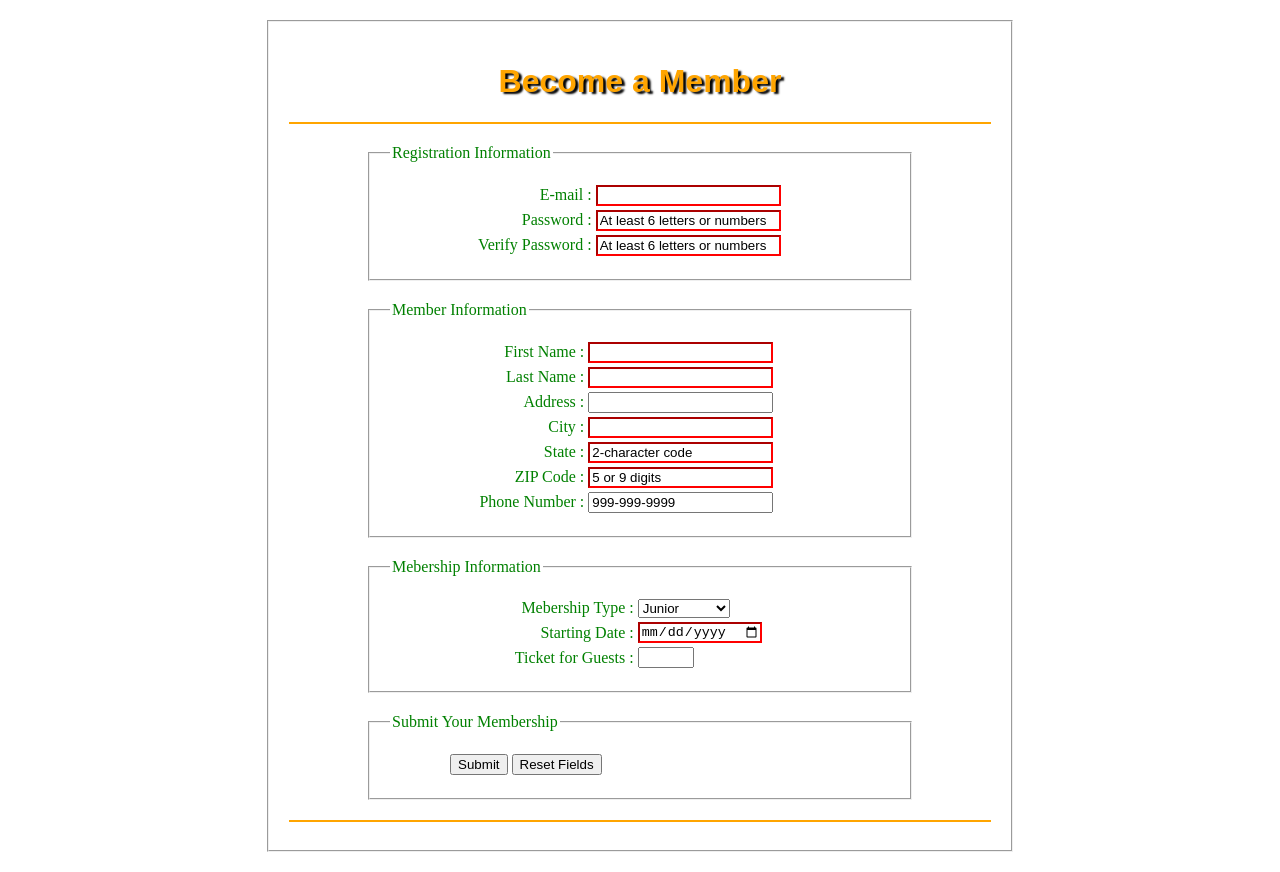
Repository: kjungyoun/Web_Study_2021
Page: 05_seoul08_homework/0302/0302.html
The author's editor kept a copy of each file at every save. The page is drawn from the files as they stood at one save, then again after the next save.
The browser window is 1280 px wide. The pictures show the whole page.
Some web fonts or font styles are not loaded; a fallback is used.

Above is the page before, as saved 2021-03-02 12:58:04.

After the next save:
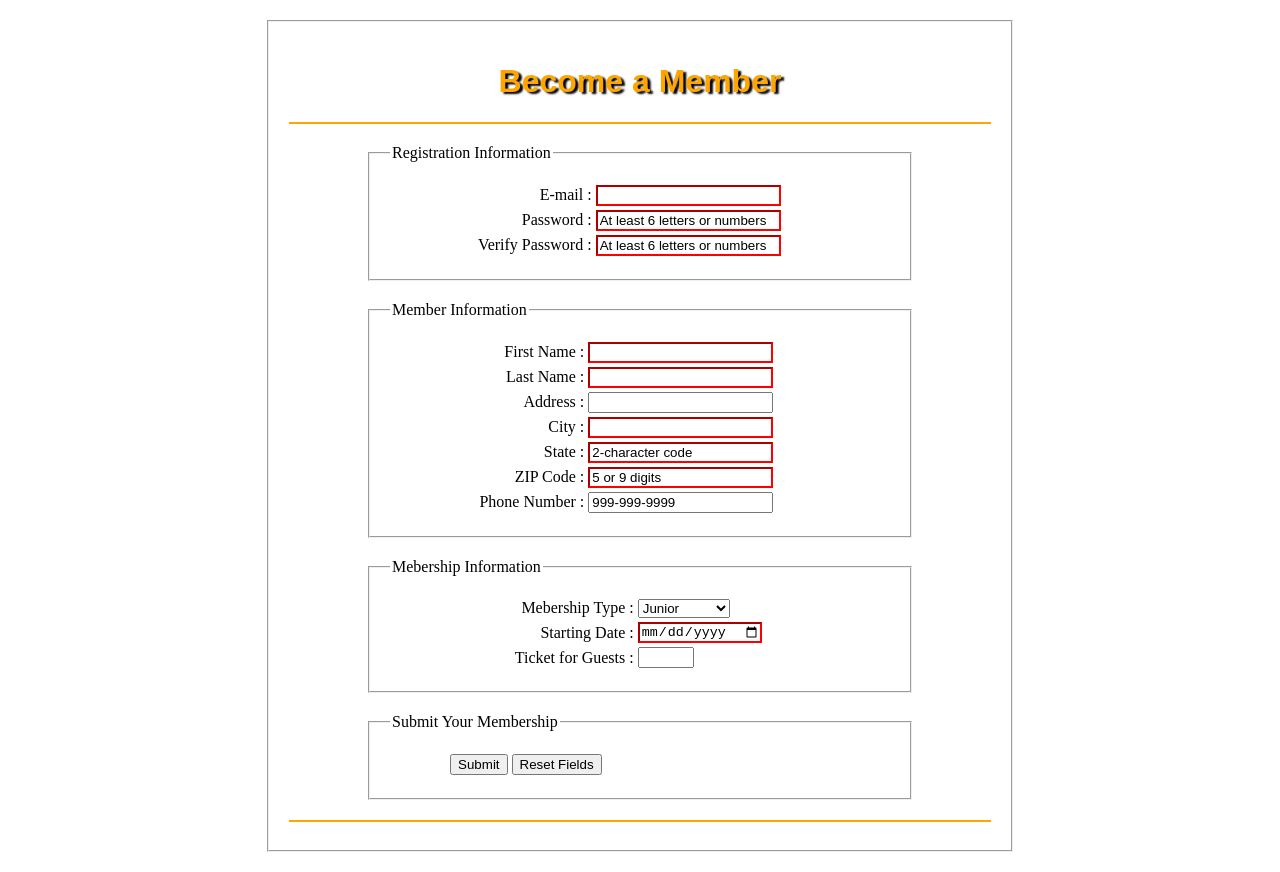
Saved 4 s later.
--- a/05_seoul08_homework/0302/0302.html
+++ b/05_seoul08_homework/0302/0302.html
@@ -8,7 +8,6 @@
 	width : 40%;
 	}
 	fieldset {
-	color: green;
 	width: 500px;
 	padding:20px;
 	margin: 20px auto;
